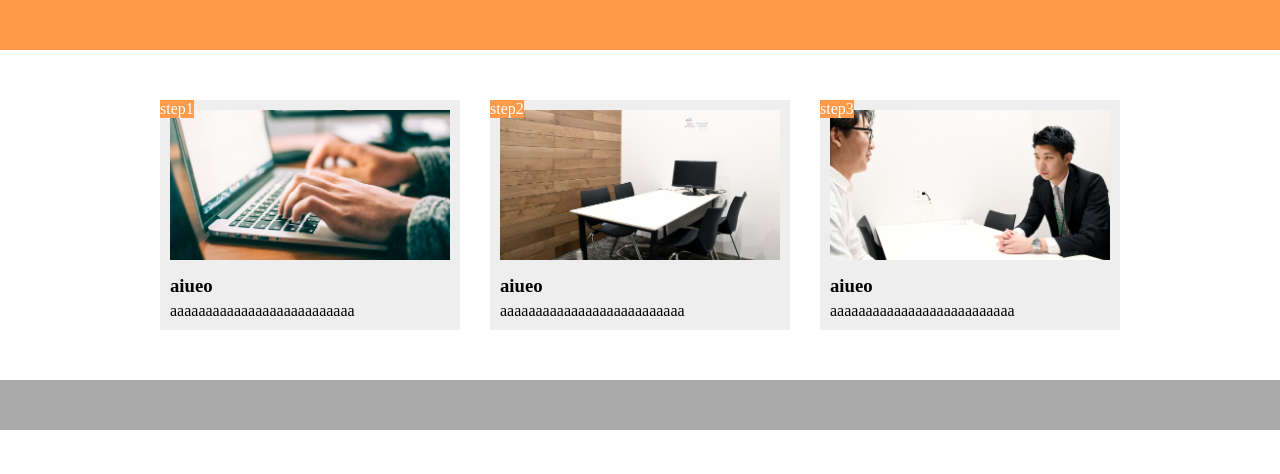
Repository: shimizuayuka/wcp_PHP
Page: chapter9/index.html
The author's editor kept a record of every edit. The page is drawn from the files as they stood at one moment, then again after the next edit.
The browser window is 1280 px wide. The pictures show the whole page.

Above is the page before.

After the next edit:
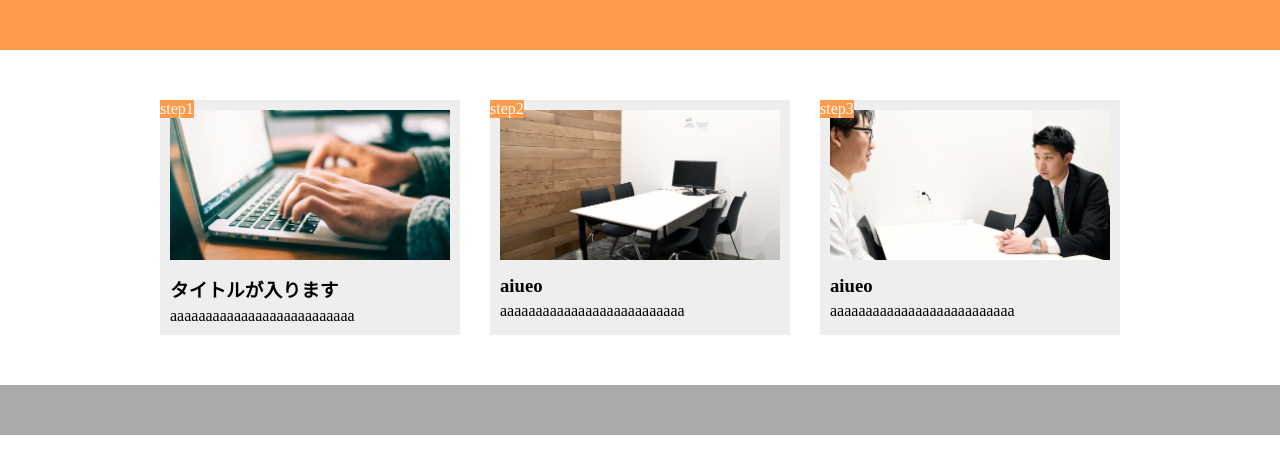
The edit:
--- a/chapter9/index.html
+++ b/chapter9/index.html
@@ -12,7 +12,7 @@
       <div class="step-box">
         <div class="step-img1"></div>
         <sapn class="step-num">step1</sapn>
-        <h3 class="title">aiueo</h3>
+        <h3 class="title">タイトルが入ります</h3>
         <p class="text">
           aaaaaaaaaaaaaaaaaaaaaaaaaa
         </p>
